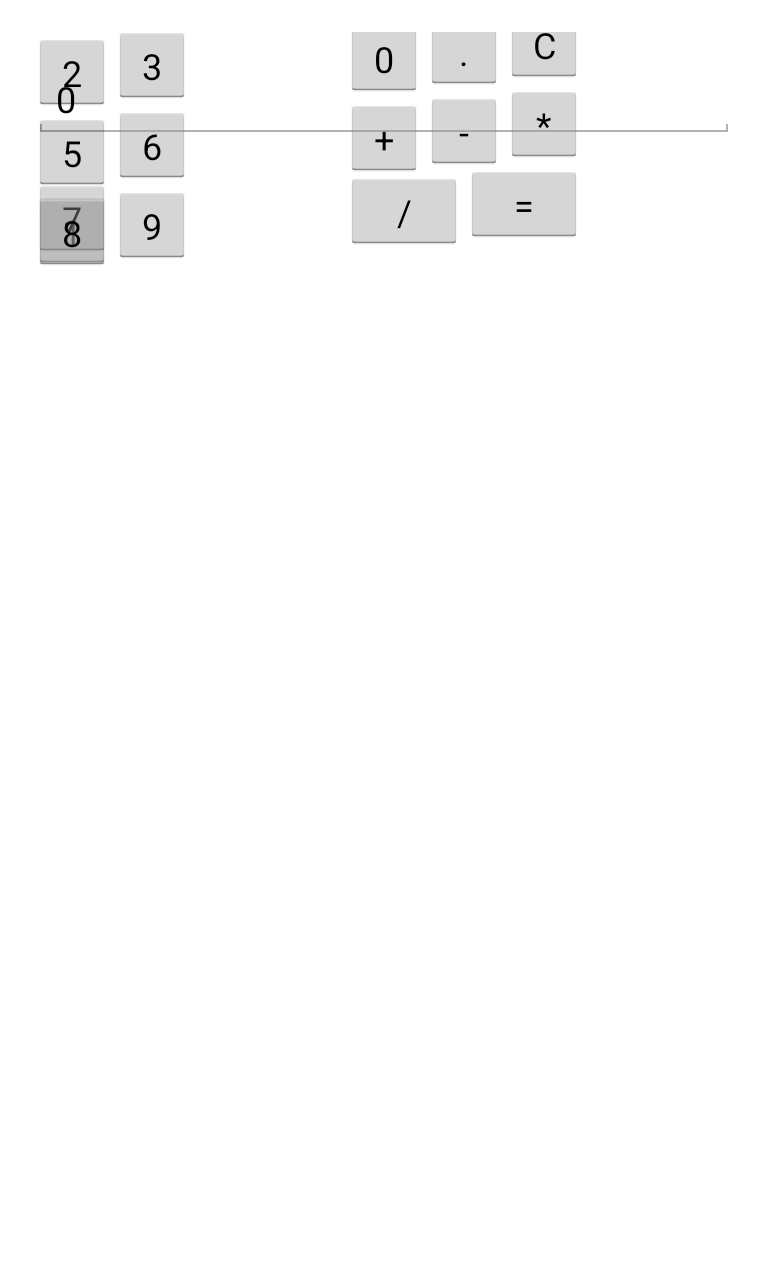
Repository: khushboop-optimus/Android-Assignment
Layout: calculator/res/layout/activity_main.xml
The author's editor kept a copy of each file at every save. The layout is drawn from the files as they stood at one save, then again after the next save.
It is drawn on a 768 x 1280 px phone screen (xhdpi) without system bars, with theme AppTheme; the app's code is not run.

Above is the layout before, as saved 2013-09-13 05:05:45.

### calculator/res/layout/activity_main.xml
<RelativeLayout xmlns:android="http://schemas.android.com/apk/res/android"
    xmlns:tools="http://schemas.android.com/tools"
    android:layout_width="match_parent"
    android:layout_height="match_parent"
    android:paddingBottom="@dimen/activity_vertical_margin"
    android:paddingLeft="@dimen/activity_horizontal_margin"
    android:paddingRight="@dimen/activity_horizontal_margin"
    android:paddingTop="@dimen/activity_vertical_margin"
    tools:context=".MainActivity" >


            <Button
                android:id="@+id/2"
                android:layout_width="40dp"
                android:layout_height="40dp"
                android:layout_alignBaseline="@+id/1"
                android:layout_alignBottom="@+id/1"
                android:layout_toRightOf="@+id/1"
                android:text="2" />

            <Button
                android:id="@+id/4"
                android:layout_width="40dp"
                android:layout_height="40dp"
                android:layout_below="@+id/2"
                android:layout_toLeftOf="@+id/2"
                android:text="4" />

            <Button
                android:id="@+id/5"
                android:layout_width="40dp"
                android:layout_height="40dp"
                android:layout_below="@+id/2"
                android:layout_toRightOf="@+id/1"
                android:text="5" />

            <EditText
                android:id="@+id/textView1"
                android:layout_width="500dp"
                android:layout_height="40dp"
                android:layout_alignParentTop="true"
                android:layout_marginTop="14dp"
                android:text="0" />

            <Button
                android:id="@+id/b1"
                android:layout_width="40dp"
                android:layout_height="40dp"
                android:layout_alignLeft="@+id/textView1"
                android:layout_below="@+id/textView1"
                android:layout_marginTop="25dp"
                android:clickable="true"
                android:onClick="@string/1"
                android:text="1" />

            <Button
                android:id="@+id/Button01"
                android:layout_width="40dp"
                android:layout_height="40dp"
                android:layout_alignBaseline="@+id/3"
                android:layout_alignBottom="@+id/3"
                android:layout_centerHorizontal="true"
                android:text="0" />

            <Button
                android:id="@+id/Button02"
                android:layout_width="40dp"
                android:layout_height="40dp"
                android:layout_alignBaseline="@+id/Button01"
                android:layout_alignBottom="@+id/Button01"
                android:layout_toRightOf="@+id/Button01"
                android:text="." />

            <Button
                android:id="@+id/Button03"
                android:layout_width="40dp"
                android:layout_height="40dp"
                android:layout_alignBaseline="@+id/Button02"
                android:layout_alignBottom="@+id/Button02"
                android:layout_toRightOf="@+id/Button02"
                android:text="C" />

            <Button
                android:id="@+id/Button05"
                android:layout_width="40dp"
                android:layout_height="40dp"
                android:layout_alignBaseline="@+id/Button04"
                android:layout_alignBottom="@+id/Button04"
                android:layout_toLeftOf="@+id/Button03"
                android:text="-" />

            <Button
                android:id="@+id/Button06"
                android:layout_width="40dp"
                android:layout_height="40dp"
                android:layout_alignBaseline="@+id/Button05"
                android:layout_alignBottom="@+id/Button05"
                android:layout_alignLeft="@+id/Button03"
                android:text="*" />

            <Button
                android:id="@+id/7"
                android:layout_width="40dp"
                android:layout_height="40dp"
                android:layout_alignBaseline="@+id/9"
                android:layout_alignBottom="@+id/9"
                android:layout_alignParentLeft="true"
                android:text="7" />

            <Button
                android:id="@+id/9"
                android:layout_width="40dp"
                android:layout_height="40dp"
                android:layout_alignBaseline="@+id/8"
                android:layout_alignBottom="@+id/8"
                android:layout_toRightOf="@+id/5"
                android:text="9" />

            <Button
                android:id="@+id/8"
                android:layout_width="40dp"
                android:layout_height="40dp"
                android:layout_below="@+id/5"
                android:layout_toLeftOf="@+id/9"
                android:text="8" />

            <Button
                android:id="@+id/3"
                android:layout_width="40dp"
                android:layout_height="40dp"
                android:layout_alignBaseline="@+id/2"
                android:layout_alignBottom="@+id/2"
                android:layout_toRightOf="@+id/2"
                android:text="3" />

            <Button
                android:id="@+id/6"
                android:layout_width="40dp"
                android:layout_height="40dp"
                android:layout_above="@+id/9"
                android:layout_toRightOf="@+id/5"
                android:text="6" />

            <Button
                android:id="@+id/Button04"
                android:layout_width="40dp"
                android:layout_height="40dp"
                android:layout_alignLeft="@+id/Button01"
                android:layout_below="@+id/Button01"
                android:text="+" />

            <Button
                android:id="@+id/Button08"
                android:layout_width="60dp"
                android:layout_height="40dp"
                android:layout_alignBaseline="@+id/Button07"
                android:layout_alignBottom="@+id/Button07"
                android:layout_alignRight="@+id/Button06"
                android:text="=" />

            <Button
                android:id="@+id/Button07"
                android:layout_width="60dp"
                android:layout_height="40dp"
                android:layout_alignLeft="@+id/Button04"
                android:layout_below="@+id/Button05"
                android:text="/" />

</RelativeLayout>

### calculator/res/values/strings.xml
<?xml version="1.0" encoding="utf-8"?>
<resources>

    <string name="app_name">calculator</string><string name="action_settings">Settings</string><string name="0">0</string><string name="1">1</string><string name="2">2</string><string name="3">3</string><string name="4">4</string><string name="5">5</string><string name="6">6</string><string name="7">7</string><string name="8">8</string><string name="9">9</string><string name="+">+</string><string name="-">-</string><string name="*">*</string><string name="/">/</string><string name="=">=</string><string name="a">a</string><item name="1" format="integer" type="integer">1</item><string name="hello_world">Hello world!</string>
























</resources>

Loaded but not shown: calculator/res/values/styles.xml (common file); calculator/res/values-v11/styles.xml (common file); calculator/res/values-v14/styles.xml (common file); calculator/res/values/dimens.xml (common file)

After the next save:
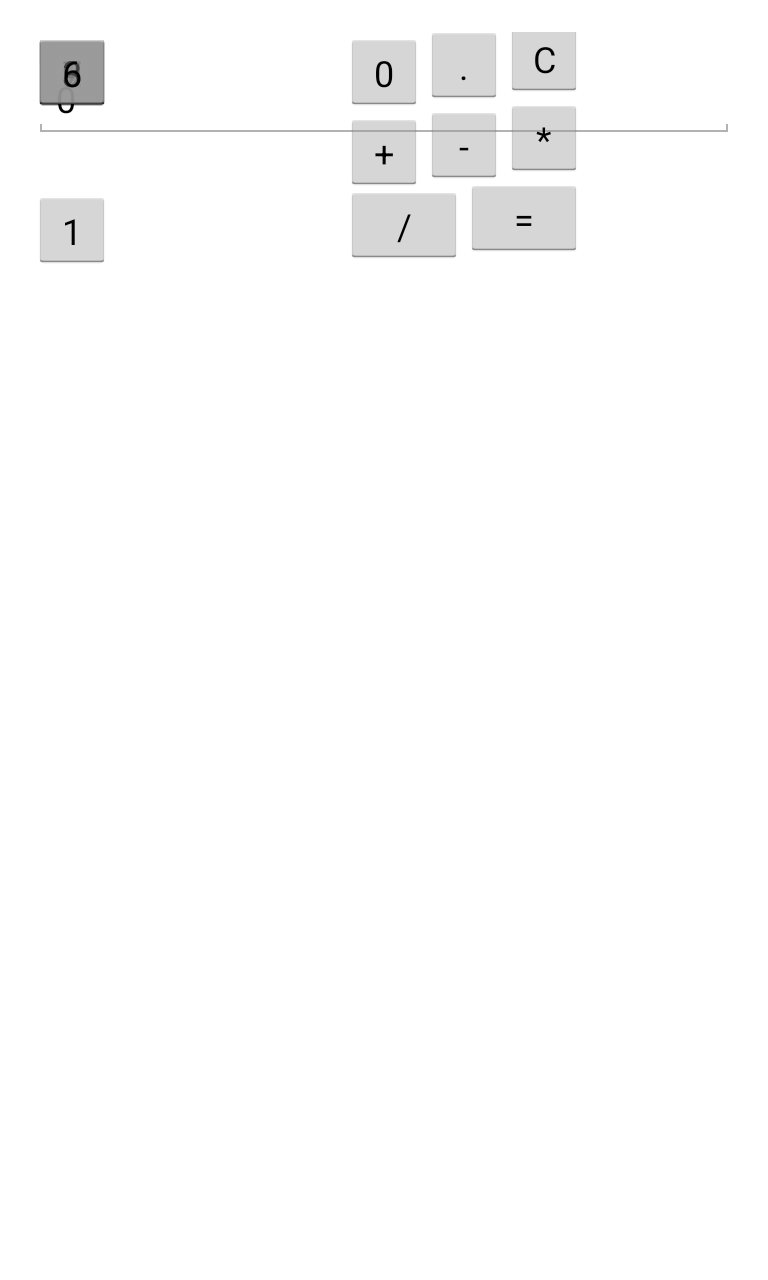
Saved 103 s later.
--- a/calculator/res/layout/activity_main.xml
+++ b/calculator/res/layout/activity_main.xml
@@ -10,7 +10,7 @@
 
 
             <Button
-                android:id="@+id/2"
+                android:id="@+id/b2"
                 android:layout_width="40dp"
                 android:layout_height="40dp"
                 android:layout_alignBaseline="@+id/1"
@@ -19,7 +19,7 @@
                 android:text="2" />
 
             <Button
-                android:id="@+id/4"
+                android:id="@+id/b4"
                 android:layout_width="40dp"
                 android:layout_height="40dp"
                 android:layout_below="@+id/2"
@@ -27,7 +27,7 @@
                 android:text="4" />
 
             <Button
-                android:id="@+id/5"
+                android:id="@+id/b5"
                 android:layout_width="40dp"
                 android:layout_height="40dp"
                 android:layout_below="@+id/2"
@@ -99,7 +99,7 @@
                 android:text="*" />
 
             <Button
-                android:id="@+id/7"
+                android:id="@+id/b7"
                 android:layout_width="40dp"
                 android:layout_height="40dp"
                 android:layout_alignBaseline="@+id/9"
@@ -108,7 +108,7 @@
                 android:text="7" />
 
             <Button
-                android:id="@+id/9"
+                android:id="@+id/b9"
                 android:layout_width="40dp"
                 android:layout_height="40dp"
                 android:layout_alignBaseline="@+id/8"
@@ -117,7 +117,7 @@
                 android:text="9" />
 
             <Button
-                android:id="@+id/8"
+                android:id="@+id/b8"
                 android:layout_width="40dp"
                 android:layout_height="40dp"
                 android:layout_below="@+id/5"
@@ -125,7 +125,7 @@
                 android:text="8" />
 
             <Button
-                android:id="@+id/3"
+                android:id="@+id/b3"
                 android:layout_width="40dp"
                 android:layout_height="40dp"
                 android:layout_alignBaseline="@+id/2"
@@ -134,7 +134,7 @@
                 android:text="3" />
 
             <Button
-                android:id="@+id/6"
+                android:id="@+id/b6"
                 android:layout_width="40dp"
                 android:layout_height="40dp"
                 android:layout_above="@+id/9"
